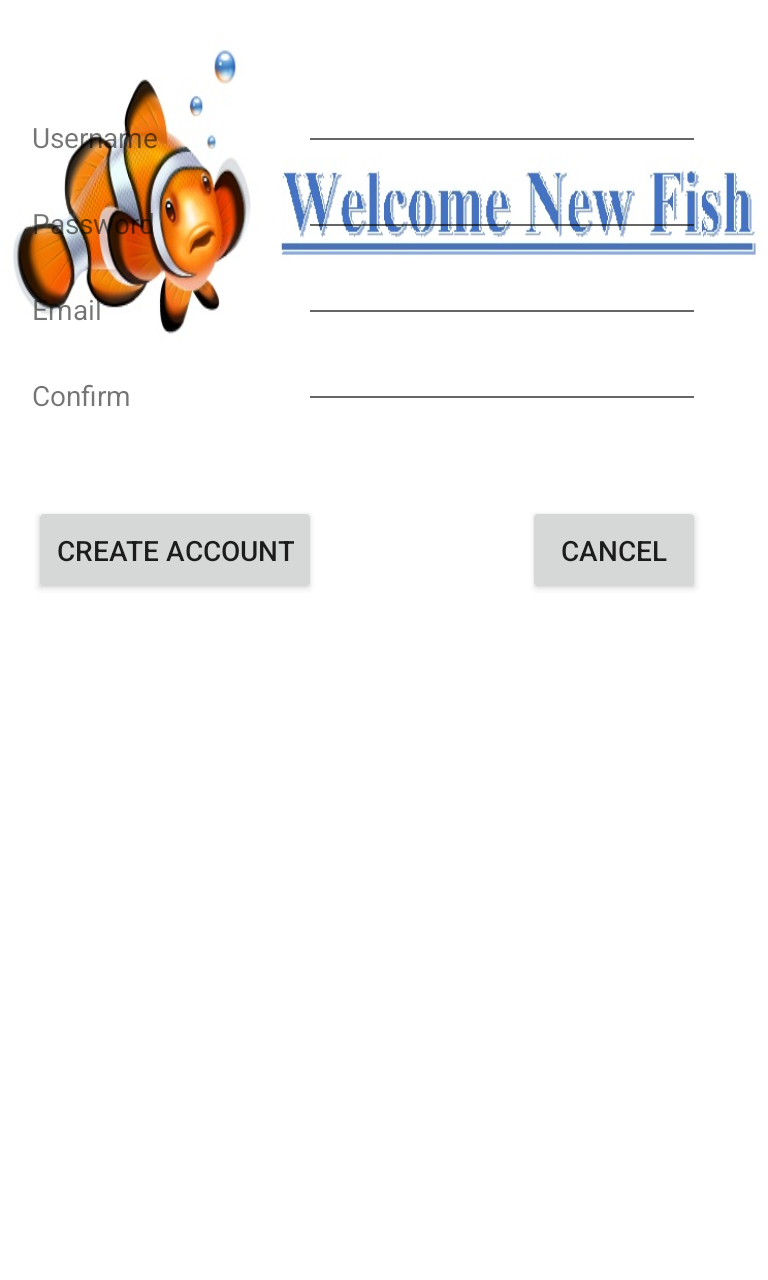
Repository: zerox2012/Fall2014Android
Layout: FishingBuddy/res/layout/activity_new_user.xml
The author's editor kept a copy of each file at every save. The layout is drawn from the files as they stood at one save, then again after the next save.
It is drawn on a 768 x 1280 px phone screen (xhdpi) without system bars, with theme AppTheme; the app's code is not run.

Above is the layout before, as saved 2014-10-20 19:36:04.

After the next save:
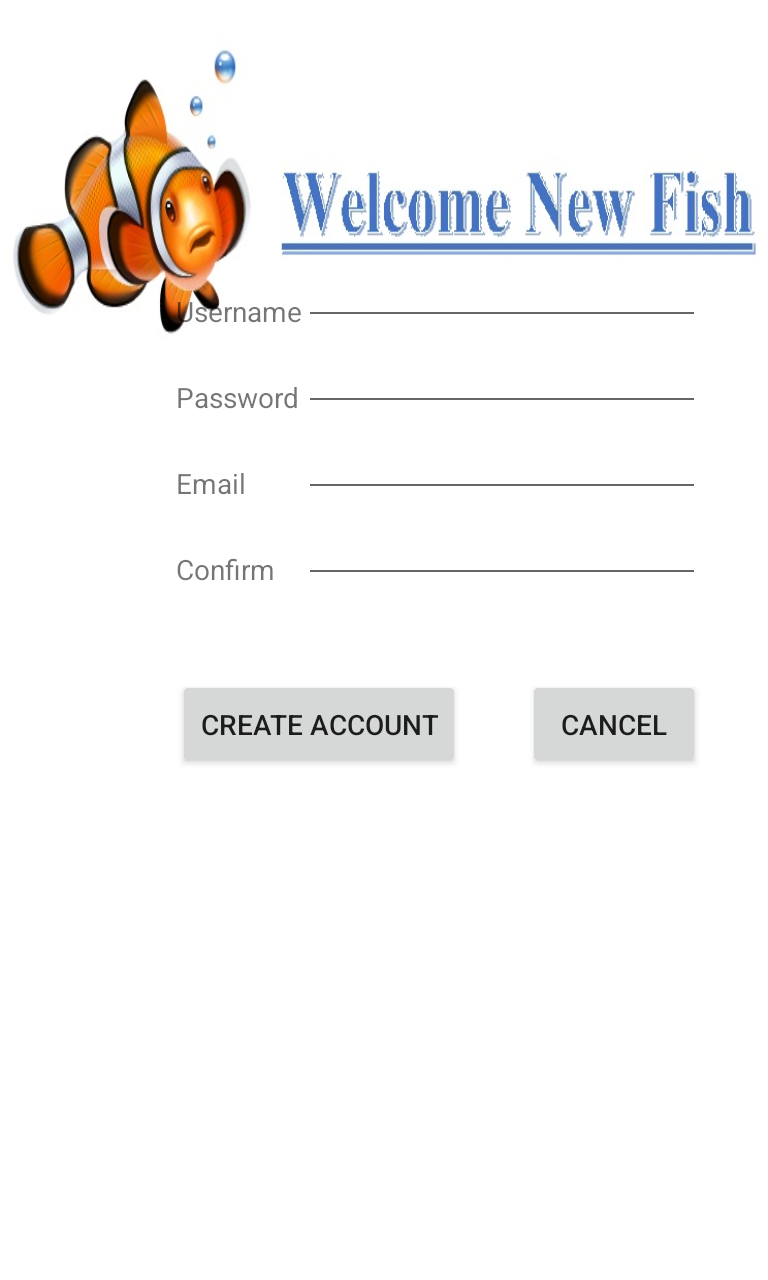
Saved 24 s later.
--- a/FishingBuddy/res/layout/activity_new_user.xml
+++ b/FishingBuddy/res/layout/activity_new_user.xml
@@ -8,15 +8,6 @@
     android:paddingRight="@dimen/activity_horizontal_margin"
     android:paddingTop="@dimen/activity_vertical_margin"
     tools:context="usf.fall2014.android.fishingbuddy.NewUser" >
-
-    <TextView
-        android:id="@+id/label_userName"
-        android:layout_width="wrap_content"
-        android:layout_height="wrap_content"
-        android:layout_alignParentLeft="true"
-        android:layout_alignParentTop="true"
-        android:layout_marginTop="43dp"
-        android:text="@string/user_name" />
 	<EditText
         android:id="@+id/new_username"
         android:layout_width="200dp"
@@ -97,4 +88,13 @@
         android:layout_alignRight="@+id/new_email2"
         android:text="@string/cancel" />
 
+    <TextView
+        android:id="@+id/label_userName"
+        android:layout_width="wrap_content"
+        android:layout_height="wrap_content"
+        android:layout_alignParentTop="true"
+        android:layout_marginTop="130dp"
+        android:layout_toLeftOf="@+id/new_email1"
+        android:text="@string/user_name" />
+
 </RelativeLayout>
